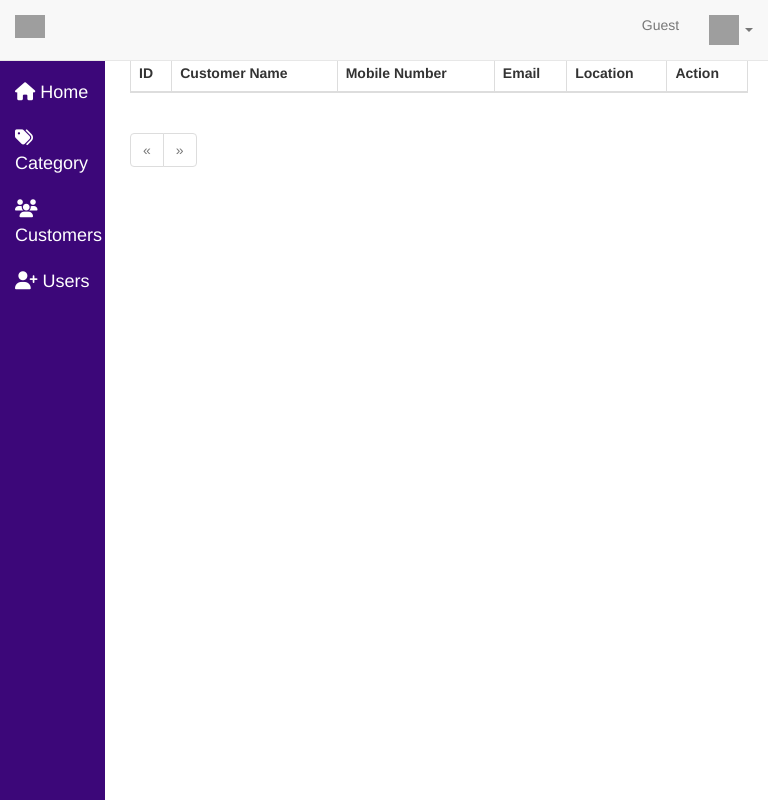
Repository: Nireshkumar24/CRM
Page: http://localhost/adduser
The author's editor kept a copy of each file at every save. The page is drawn from the files as they stood at one save, then again after the next save.
The browser window is 768 px wide. The pictures show the whole page.
Pictures or frames that could not be fetched are drawn as grey boxes. The page is served by the project's application, run on Flask 3 (app.py). Queries for data that is not in the repository find no rows.

Above is the page before, as saved 2024-05-23 11:10:08.
Console error: ReferenceError: $ is not defined

After the next save:
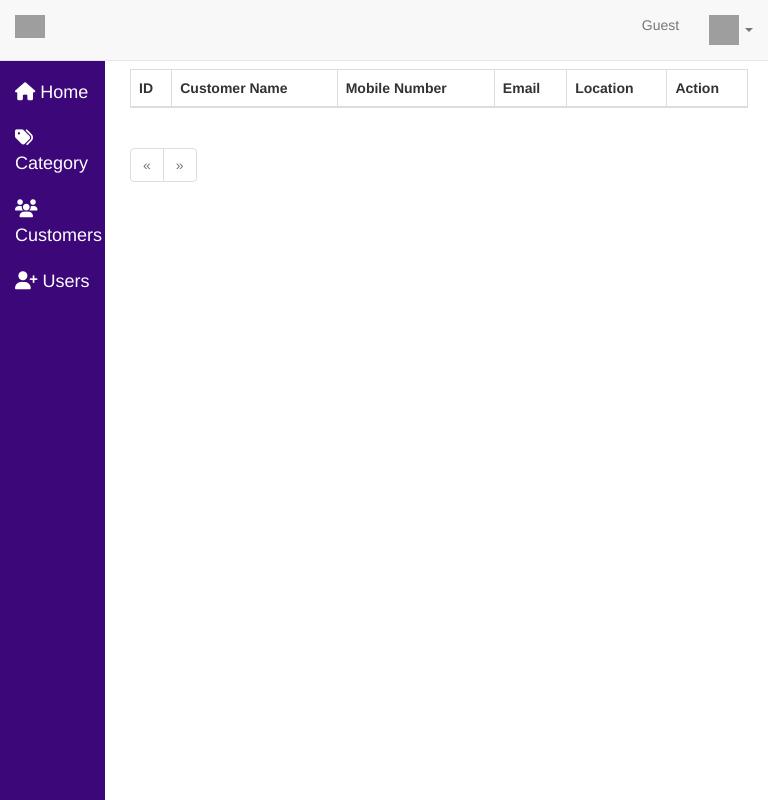
Saved 41 s later.
--- a/templates/adduser.html
+++ b/templates/adduser.html
@@ -301,6 +301,36 @@
 
         .btn-success {
             background-color: #28a745;
+        }
+
+        /* Add this CSS at the end of your existing styles or in a separate stylesheet */
+
+        @media (max-width: 768px) {
+            .search-container {
+                text-align: center;
+                margin-bottom: 10px;
+                /* Adjust margin as needed */
+            }
+
+            .search-container form {
+                display: flex;
+                flex-wrap: wrap;
+                justify-content: center;
+            }
+
+            .search-container input[type="search"] {
+                width: 100%;
+                /* Full width for search input */
+                max-width: 200px;
+                /* Limit maximum width */
+                margin-bottom: 5px;
+                /* Add spacing between input and buttons */
+            }
+
+            .search-container .btn {
+                margin: 0 5px;
+                /* Add spacing between buttons */
+            }
         }
     </style>
     </style>
